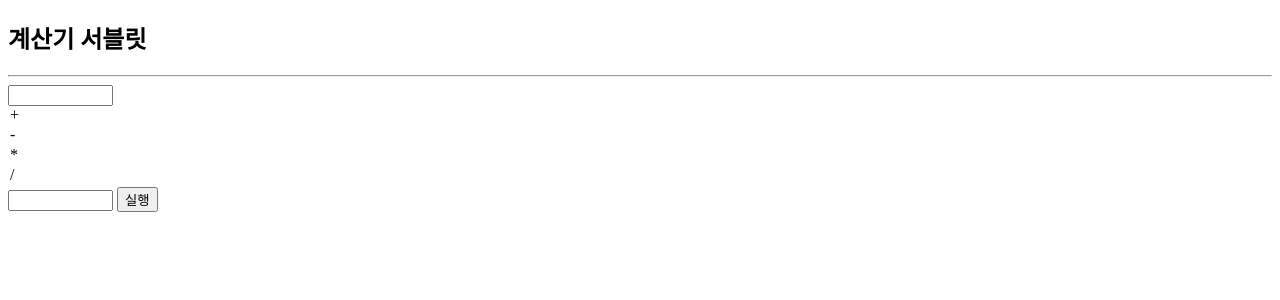
Repository: heezzanggg/JSPWebProgramming
Page: JSPWebProgramming/jwbook/src/main/webapp/ch05/calcForm.html
An editor plug-in stored every save of this project. The page is shown before and after the next save, followed by the edit.
The browser window is 1280 px wide. The pictures show the whole page.

Above is the page before, as saved 2023-03-27 16:14:55.

After the next save:
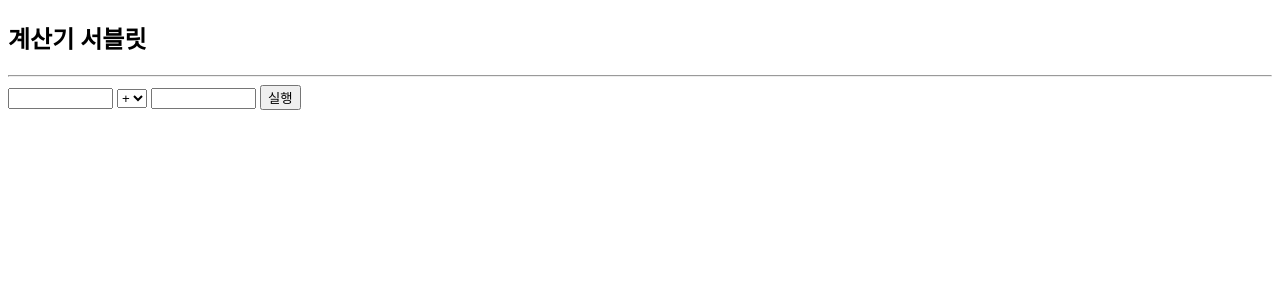
Saved 5 s later.
--- a/JSPWebProgramming/jwbook/src/main/webapp/ch05/calcForm.html
+++ b/JSPWebProgramming/jwbook/src/main/webapp/ch05/calcForm.html
@@ -9,7 +9,7 @@
 	<hr>
 	<form method="post" action="/jwbook/calc">
 		<input type="text" name="n1" size="10">
-		<seect name="op">
+		<select name="op">
 			<option>+</option>
 			<option>-</option>
 			<option>*</option>
